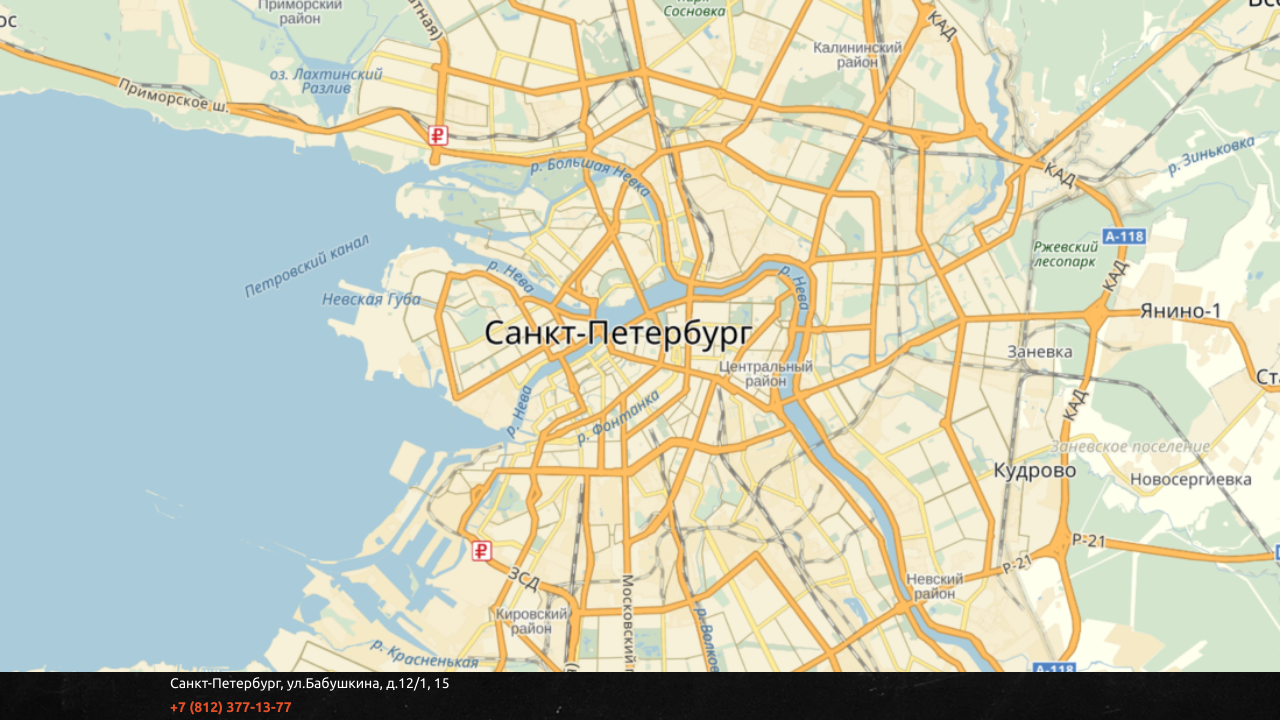
Repository: serbes85/hamburger
Page: burgers page.html
An editor plug-in stored every save of this project. The page is shown before and after the next save, followed by the edit.
The browser window is 1280 px wide. The pictures show the part of the page from y = 3600 to 4320 px (the page is 4320 px tall).
The style sheet was rebuilt from its Sass, Less or Tailwind sources for each picture, by a compiler version that may differ from the author's.

Above is the page before, as saved 2020-02-08 17:58:58.

After the next save:
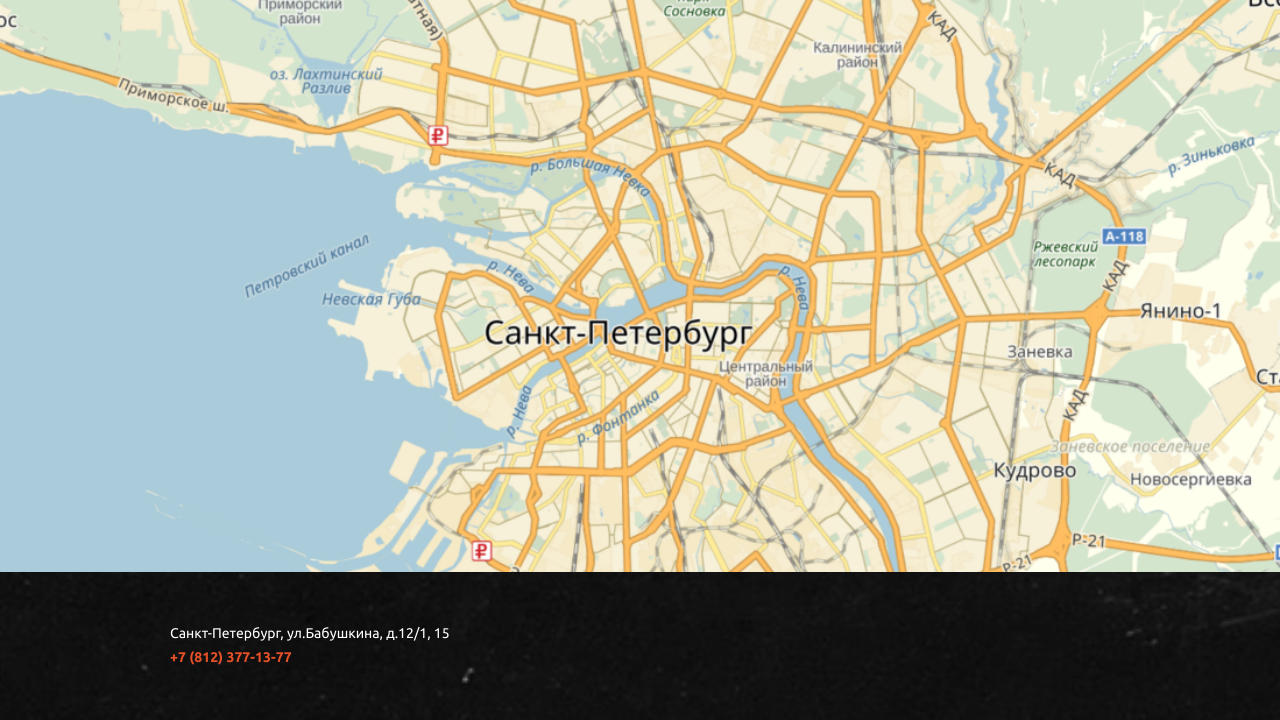
Saved 12 s later.
--- a/scss_burgers/blocks/footer.scss
+++ b/scss_burgers/blocks/footer.scss
@@ -4,7 +4,7 @@
     left: 0;
     right: 0;
     bottom: 0;
-    padding: 0 50px;
+    padding: 50px 0px;
 
 
    }
